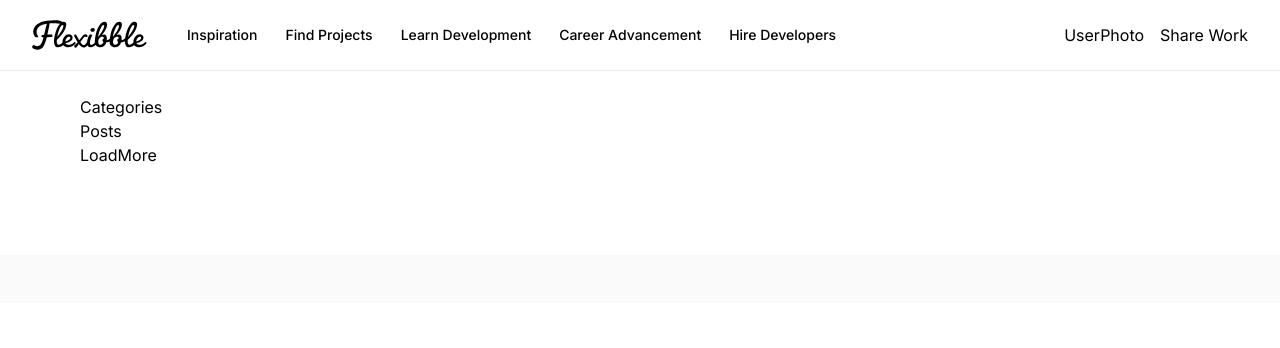
Repository: davedeguia/grafbase_flexibble
Page: /
These files come from the project's save history. The page is drawn as it stood at one moment and after a run of saves; the edit follows.
The browser window is 1280 px wide. The pictures show the whole page.
The project was rebuilt for these pictures with package versions that can differ from the ones it lists, and the page was loaded fresh each time. The framework's server and built-in components were replaced by stand-ins that run in the browser. Also part of the build but not shown: next.config.js, app/components/AuthProviders.tsx.

Above is the page before, as saved 2023-07-16 07:11:04.

### app/layout.tsx
import Footer from './components/Footer'
import Navbar from './components/Navbar'
import './globals.css'

export const metadata = {
  title: 'Flexibble',
  description: 'Showcase and discover remarkable developer projects',
}

export default function RootLayout({
  children,
}: {
  children: React.ReactNode
}) {
  return (
    <html lang='en'>
      <body>
        <Navbar />
        <main>{children}</main>
        <Footer />
      </body>
    </html>
  )
}

### app/page.tsx
const Home = () => {
  return (
    <section className='flex-start flex-col paddings mb-16'>
      <h1>Categories</h1>
      <h1>Posts</h1>
      <h1>LoadMore</h1>
    </section>
  )
}

export default Home

### app/components/Footer.tsx
import Image from 'next/image'
import React from 'react'

const Footer = () => {
  return (
    <footer className='flexStart footer'>
      <div className='flex flex-col gap-12 w-full'>
        <div className='flex items-start flex-col'>
          <Image />
        </div>
      </div>
    </footer>
  )
}

export default Footer

### app/components/Navbar.tsx
import React from 'react'
import Link from 'next/link'
import Image from 'next/image'
import { NavLinks } from '../constants'
import AuthProviders from './AuthProviders'

const Navbar = () => {
  const session = {}
  return (
    <nav className='flexBetween navbar'>
      <div className='flex-1 flexStart gap-10'>
        <Link href='/'>
          <Image src='/logo.svg' width={115} height={43} alt='Flexible' />
        </Link>
        <ul className='xl:flex hidden text-small gap-7'>
          {NavLinks.map((link) => (
            <Link href={link.href} key={link.key}>
              {link.text}
            </Link>
          ))}
        </ul>
      </div>
      <div className='flexCenter gap-4'>
        {session ? (
          <>
            UserPhoto
            <Link href='/create-project'>Share Work</Link>
          </>
        ) : (
          <AuthProviders />
        )}
      </div>
    </nav>
  )
}

export default Navbar

### app/constants/index.tsx
export const NavLinks = [
  { href: '/', key: 'Inspiration', text: 'Inspiration' },
  { href: '/', key: 'Find Projects', text: 'Find Projects' },
  { href: '/', key: 'Learn Development', text: 'Learn Development' },
  { href: '/', key: 'Career Advancement', text: 'Career Advancement' },
  { href: '/', key: 'Hire Developers', text: 'Hire Developers' },
]

export const categoryFilters = [
  'Frontend',
  'Backend',
  'Full-Stack',
  'Mobile',
  'UI/UX',
  'Game Dev',
  'DevOps',
  'Data Science',
  'Machine Learning',
  'Cybersecurity',
  'Blockchain',
  'E-commerce',
  'Chatbots',
]

export const footerLinks = [
  {
    title: 'For developers',
    links: [
      'Go Pro!',
      'Explore development work',
      'Development blog',
      'Code podcast',
      'Open-source projects',
      'Refer a Friend',
      'Code of conduct',
    ],
  },
  {
    title: 'Hire developers',
    links: [
      'Post a job opening',
      'Post a freelance project',
      'Search for developers',
    ],
  },
  {
    title: 'Brands',
    links: ['Advertise with us'],
  },
  {
    title: 'Company',
    links: [
      'About',
      'Careers',
      'Support',
      'Media kit',
      'Testimonials',
      'API',
      'Terms of service',
      'Privacy policy',
      'Cookie policy',
    ],
  },
  {
    title: 'Directories',
    links: [
      'Development jobs',
      'Developers for hire',
      'Freelance developers for hire',
      'Tags',
      'Places',
    ],
  },
  {
    title: 'Development assets',
    links: [
      'Code Marketplace',
      'GitHub Marketplace',
      'NPM Registry',
      'Packagephobia',
    ],
  },
  {
    title: 'Development Resources',
    links: [
      'Freelancing',
      'Development Hiring',
      'Development Portfolio',
      'Development Education',
      'Creative Process',
      'Development Industry Trends',
    ],
  },
]

### tailwind.config.js
/** @type {import('tailwindcss').Config} */
module.exports = {
  content: [
    './pages/**/*.{js,ts,jsx,tsx,mdx}',
    './components/**/*.{js,ts,jsx,tsx,mdx}',
    './app/**/*.{js,ts,jsx,tsx,mdx}',
  ],
  theme: {
    extend: {
      colors: {
        'nav-border': '#EBEAEA',
        'light-white': '#FAFAFB',
        'light-white-100': '#F1F4F5',
        'light-white-200': '#d7d7d7',
        'light-white-300': '#F3F3F4',
        'light-white-400': '#E2E5F1',
        'light-white-500': '#E4E4E4',
        gray: '#4D4A4A',
        'gray-100': '#3d3d4e',
        'black-100': '#252525',
        'primary-purple': '#9747FF',
        'gray-50': '#D9D9D9',
      },
      boxShadow: {
        menu: '0px 159px 95px rgba(13,12,34,0.01), 0px 71px 71px rgba(13,12,34,0.02), 0px 18px 39px rgba(13,12,34,0.02), 0px 0px 0px rgba(13,12,34,0.02)',
      },
      screens: {
        xs: '400px',
      },
      maxWidth: {
        '10xl': '1680px',
      },
    },
  },
  plugins: [],
}

Loaded but not shown: app/globals.css (common file)

After the next 2 saves:
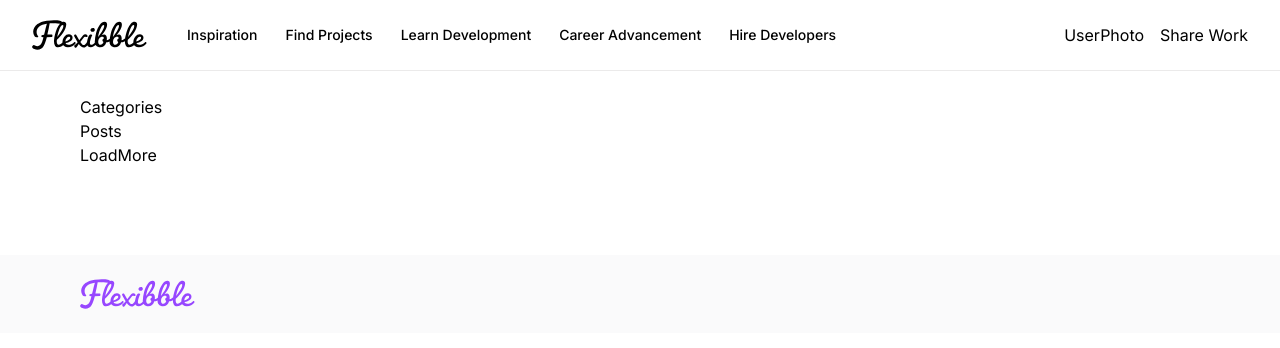
The 2 saves are shown as one change because 1 did not build or start.
The last was saved 73 s later.
--- a/app/components/Footer.tsx
+++ b/app/components/Footer.tsx
@@ -6,7 +6,12 @@
     <footer className='flexStart footer'>
       <div className='flex flex-col gap-12 w-full'>
         <div className='flex items-start flex-col'>
-          <Image />
+          <Image
+            src='/logo-purple.svg'
+            width={115}
+            height={38}
+            alt='Flexible'
+          />
         </div>
       </div>
     </footer>
